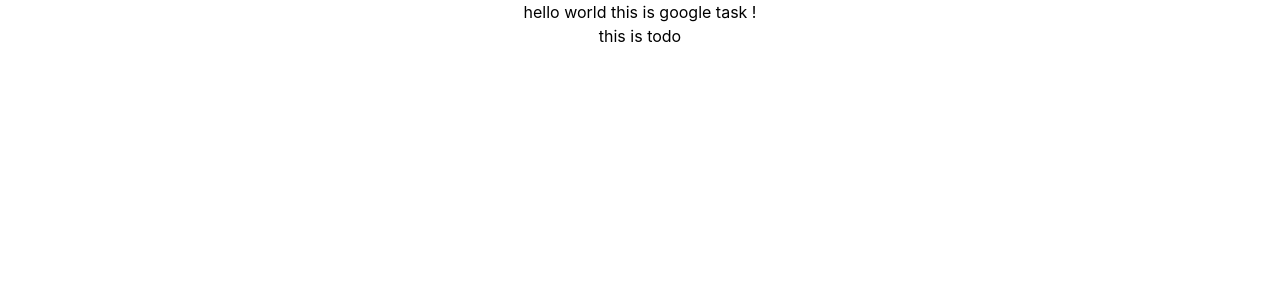
Repository: Tanvir3744/admin-portal
Page: /
An editor plug-in stored every save of this project. The page is shown before and after the next save, followed by the edit.
The browser window is 1280 px wide. The pictures show the whole page.
The project was rebuilt for these pictures with package versions that can differ from the ones it lists, and the page was loaded fresh each time.

Above is the page before, as saved 2022-07-01 00:37:34.

After the next save:
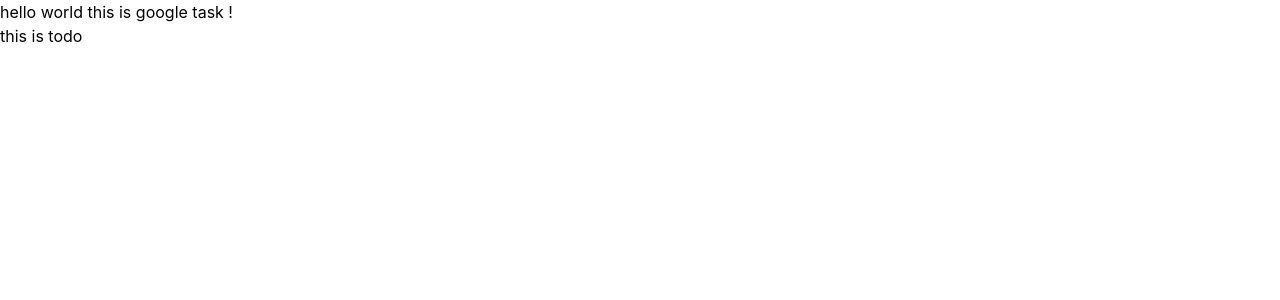
Saved 36 s later.
--- a/src/App.js
+++ b/src/App.js
@@ -1,4 +1,3 @@
-import './App.css';
 import Todo from './components/TodoText/Todo';
 
 function App() {
